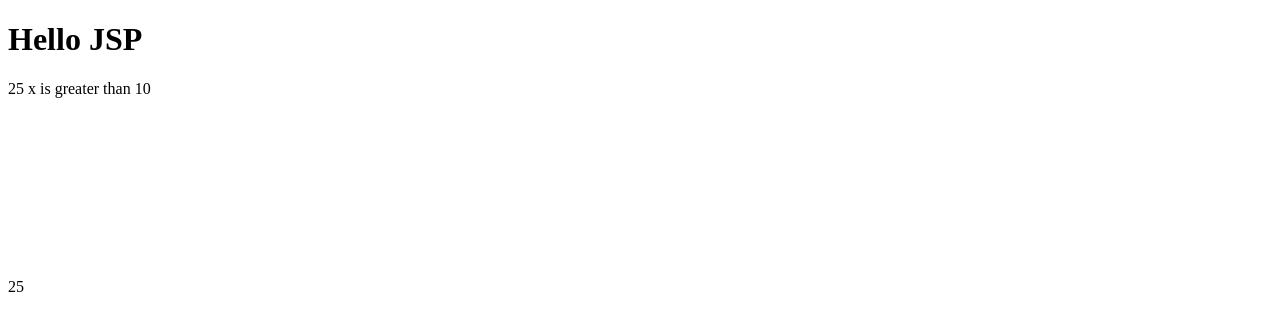
Repository: OtabekScarcro/advance-java
Page: http://localhost/JSP_scriplets/helloJSP.jsp
The author's editor kept a copy of each file at every save. The page is drawn from the files as they stood at one save, then again after the next save.
The browser window is 1280 px wide. The pictures show the whole page.
The page is served by Tomcat 9.

Above is the page before, as saved 2023-03-23 19:20:50.

After the next save:
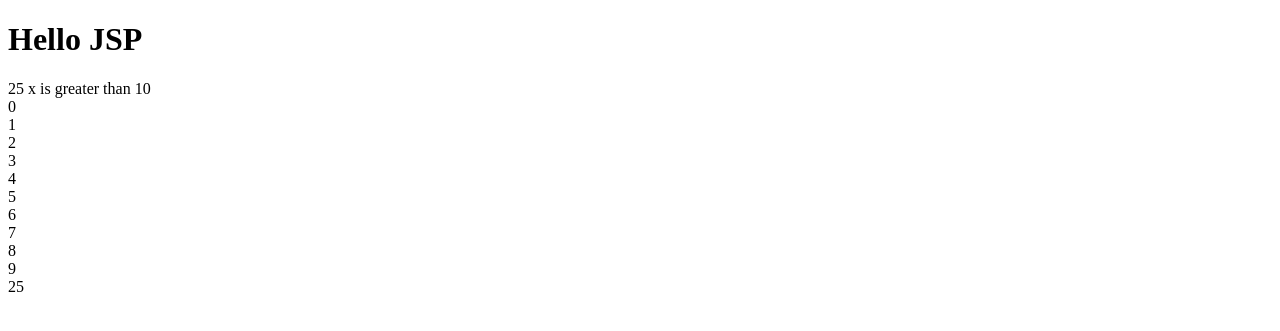
Saved 9 s later.
--- a/JSP scriplets/src/main/webapp/helloJSP.jsp
+++ b/JSP scriplets/src/main/webapp/helloJSP.jsp
@@ -22,6 +22,7 @@ else {
 
 for(int i=0;i<10;i++){
 	out.print("<br/>");
+	out.print(i);
 }
 %>
 
